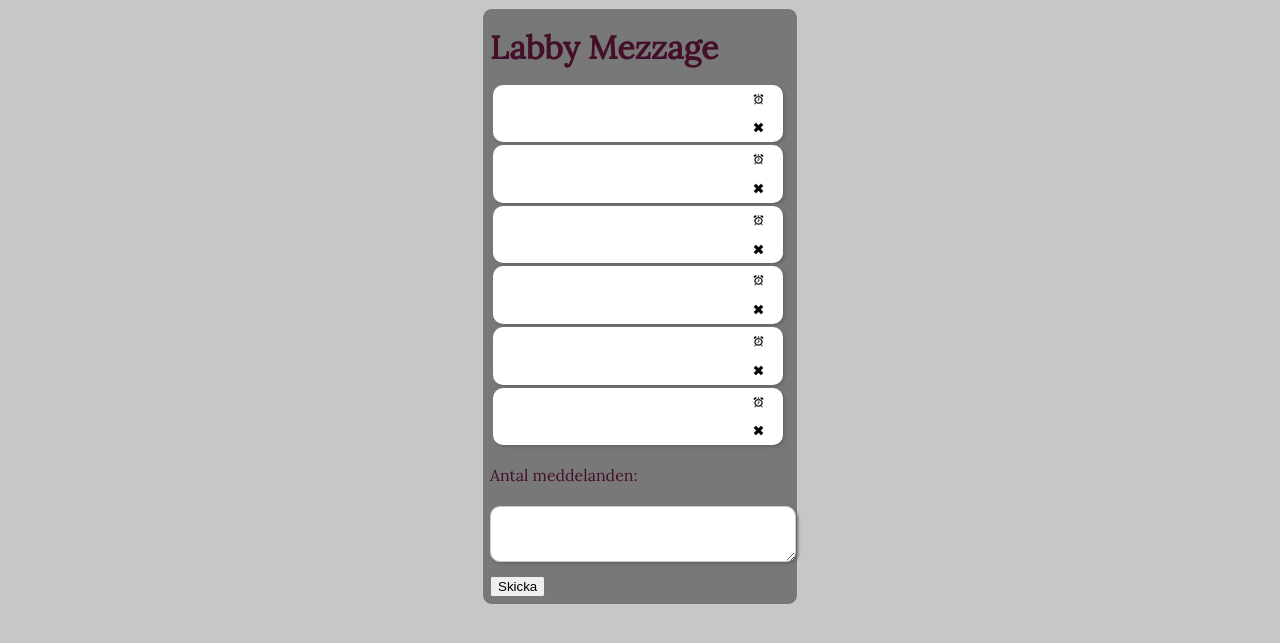
Repository: Angamanga/1dv403-laborationer
Page: 2-labbymezzage/index.html
The author's editor kept a record of every edit. The page is drawn from the files as they stood at one moment, then again after the next edit.
The browser window is 1280 px wide. The pictures show the whole page.

Above is the page before.

After the next edit:
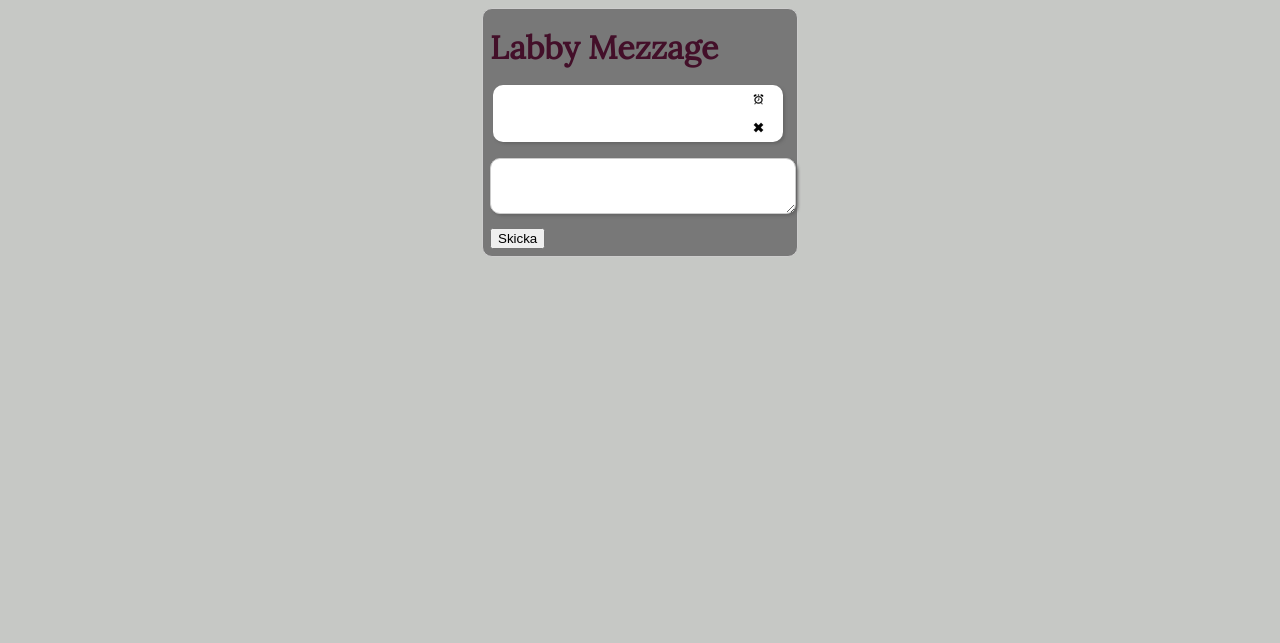
The edit:
--- a/2-labbymezzage/index.html
+++ b/2-labbymezzage/index.html
@@ -29,27 +29,7 @@
                 <img src="pics/14.png" alt="tid" class="showDate"></img>
                 <img src="pics/12.png" alt="radera meddelande" class="delete"></img>
              </div>
-              <div class ="messages">
-                <img src="pics/14.png" alt="tid"></img>
-                <img src="pics/12.png" alt="radera meddelande"></img>
-             </div>
-               <div class ="messages">
-                <img src="pics/14.png" alt="tid"></img>
-                <img src="pics/12.png" alt="radera meddelande"></img>
-             </div>
-             <div class ="messages">
-                <img src="pics/14.png" alt="tid"></img>
-                <img src="pics/12.png" alt="radera meddelande"></img>
-             </div>
-              <div class ="messages">
-                <img src="pics/14.png" alt="tid"></img>
-                <img src="pics/12.png" alt="radera meddelande"></img>
-             </div>
-               <div class ="messages">
-                <img src="pics/14.png" alt="tid"></img>
-                <img src="pics/12.png" alt="radera meddelande"></img>
-             </div>
-             <div><p class ="counter">Antal meddelanden: </p></div>
+             <div><p class="counter"> </p></div>
            <textarea class="messageInput"></textarea>
            <input type ="submit" class="submitMessage" value="Skicka"/>
             </div>
